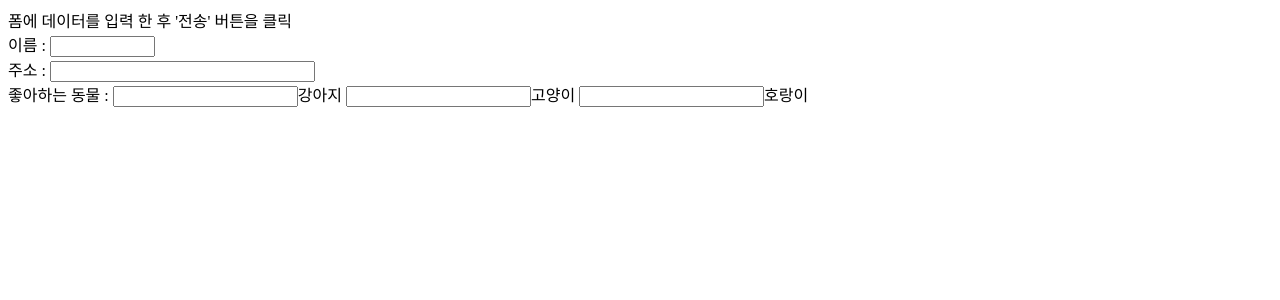
Repository: noopzzya/study_jsp_globalin
Page: http://localhost/ServletProject/implicit/reqEx2.jsp
An editor plug-in stored every save of this project. The page is shown before and after the next save, followed by the edit.
The browser window is 1280 px wide. The pictures show the whole page.
The page is served by Tomcat 9. Other server files are loaded and not shown.

Above is the page before, as saved 2023-01-31 05:59:38.

### ServletProject/src/main/webapp/implicit/reqEx2.jsp
<%@ page language="java" contentType="text/html; charset=UTF-8"
    pageEncoding="UTF-8"%>
<!DOCTYPE html>
<html>
<head>
<meta charset="UTF-8">
<title></title>
</head>
<body>
폼에 데이터를 입력 한 후 '전송' 버튼을 클릭
<form action="viewParameter.jsp" method="post"></form>
이름 : <input type="text" name="name" size="10"><br>
주소 : <input type="text" name="address" size="30"><br>
좋아하는 동물 :
	<input>강아지
	<input>고양이
	<input>호랑이
</body>
</html>

After the next save:
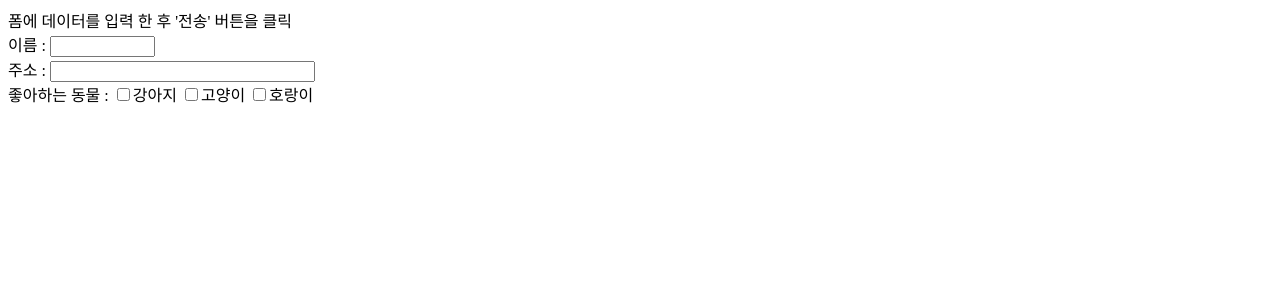
Saved 52 s later.
--- a/ServletProject/src/main/webapp/implicit/reqEx2.jsp
+++ b/ServletProject/src/main/webapp/implicit/reqEx2.jsp
@@ -12,8 +12,8 @@
 이름 : <input type="text" name="name" size="10"><br>
 주소 : <input type="text" name="address" size="30"><br>
 좋아하는 동물 :
-	<input>강아지
-	<input>고양이
-	<input>호랑이
+	<input type="checkbox" name="pet" value="dog">강아지
+	<input type="checkbox" name="pet" value="cat">고양이
+	<input type="checkbox" name="pet" value="pig">호랑이
 </body>
 </html>
